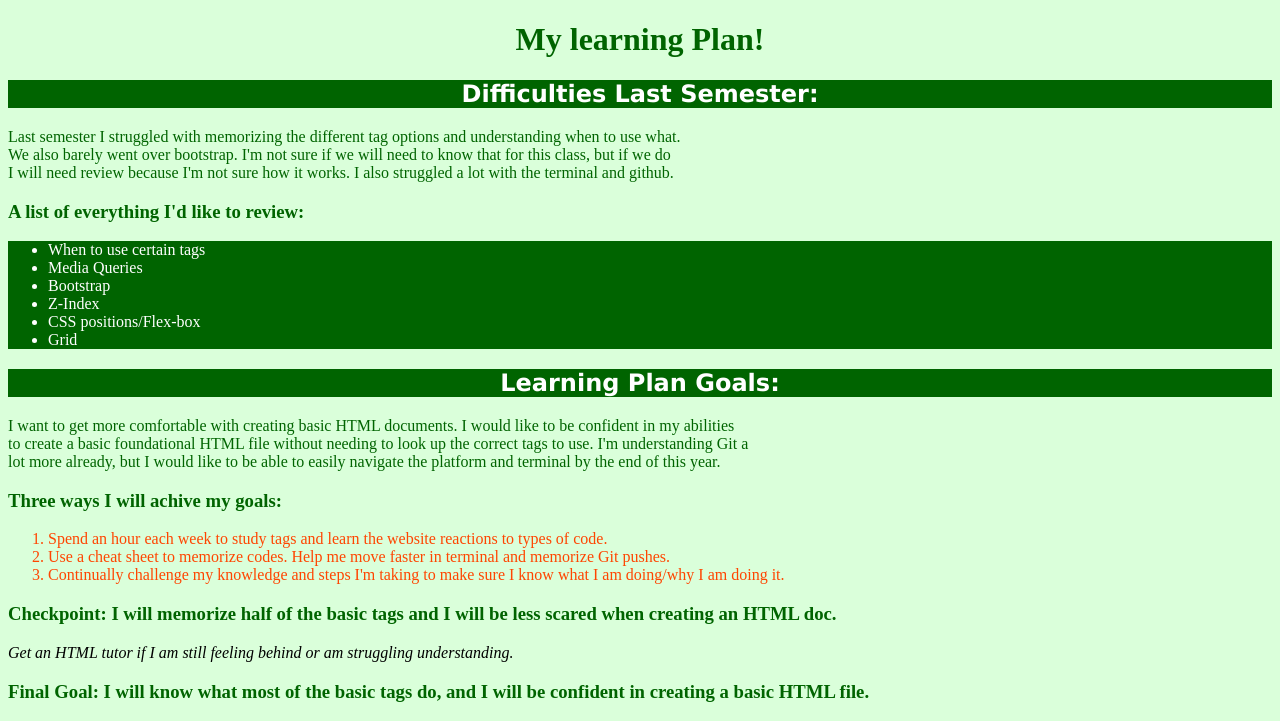
Repository: awollf/mdia-2109
Page: learning-plan.html
The author's editor kept a copy of each file at every save. The page is drawn from the files as they stood at one save, then again after the next save.
The browser window is 1280 px wide. The pictures show the whole page.

Above is the page before, as saved 2026-02-02 11:27:23.

After the next save:
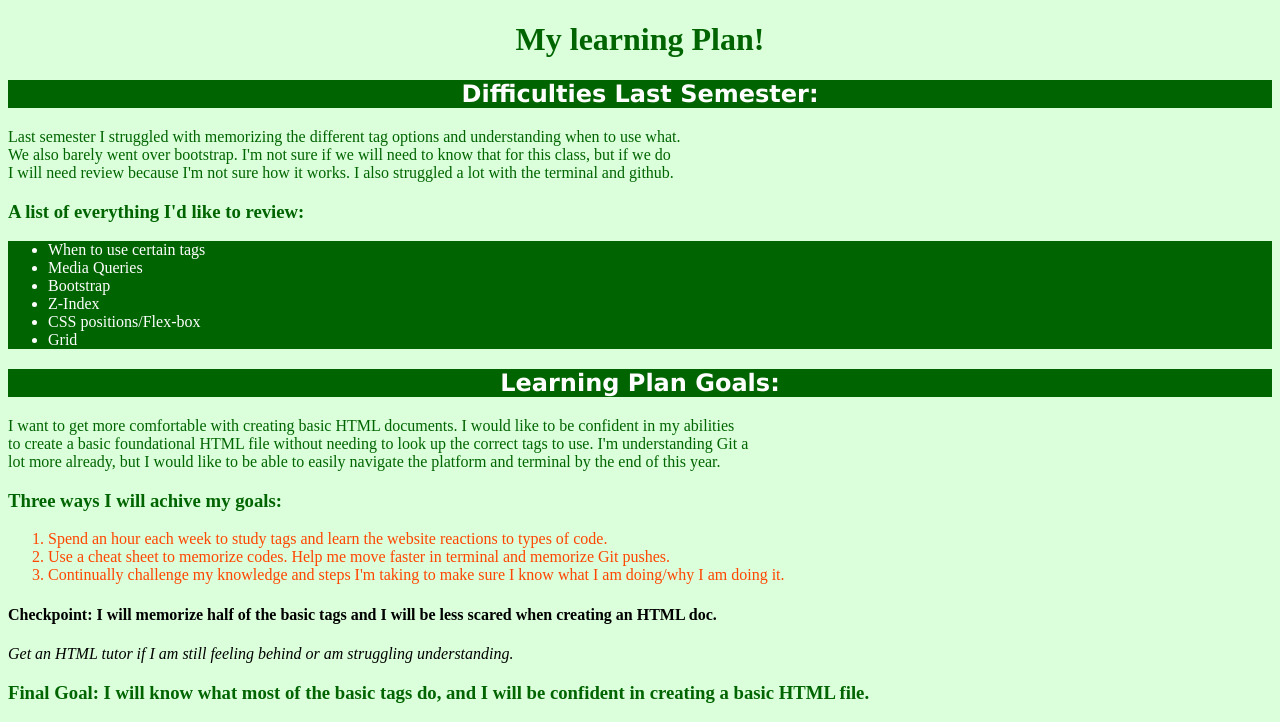
Saved 25 s later.
--- a/learning-plan.html
+++ b/learning-plan.html
@@ -38,7 +38,7 @@
         <li>Continually challenge my knowledge and steps I'm taking to make sure I know what I am doing/why I am doing it.</li>
     </ol>
 
-    <h3>Checkpoint: I will memorize half of the basic tags and I will be less scared when creating an HTML doc.</h3>
+    <h4>Checkpoint: I will memorize half of the basic tags and I will be less scared when creating an HTML doc.</h4>
     <em>Get an HTML tutor if I am still feeling behind or am struggling understanding.</em>
 
     <h3>Final Goal: I will know what most of the basic tags do, and I will be confident in creating a basic HTML file.</h3>
